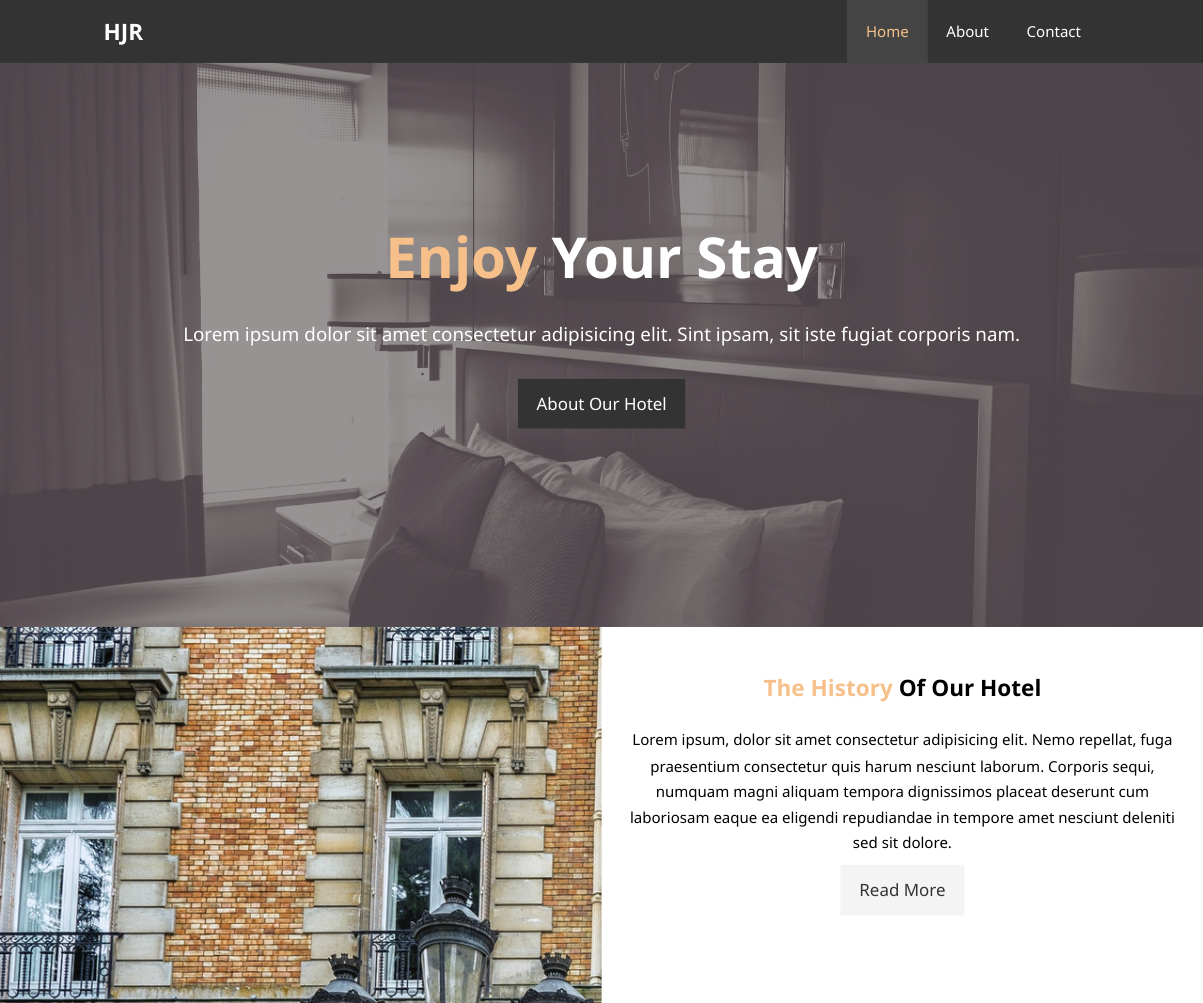
Repository: dimlutine/Hotel-Project
Page: index.html
The author's editor kept a copy of each file at every save. The page is drawn from the files as they stood at one save, then again after the next save.
The browser window is 1280 px wide. The pictures show the whole page, at 94% of full size.

Above is the page before, as saved 2019-07-05 22:16:24.

### index.html
<!DOCTYPE html>
<html lang="en">

<head>
    <meta charset="UTF-8">
    <meta name="viewport" content="width=device-width, initial-scale=1.0">
    <meta http-equiv="X-UA-Compatible" content="ie=edge">
    <meta name="description" content="Welcome to the neatest hotel in Durham, North Carolina!">
    <meta name="keywords" content="hotel,durham hotel, north carolina hotel, rdu hotel">
    <link rel="stylesheet" href="css/style.css">
    <title>Hotel JR | Durham Hotel</title>
</head>

<body>
    <header>
        <nav id="navbar">
            <div class="container">
                <h1 class="logo"><a href="index.html">HJR</a></h1>
                <ul>
                    <li><a class="current" href="index.html">Home</a></li>
                    <li><a href="about.html">About</a></li>
                    <li><a href="contact.html">Contact</a></li>
                </ul>
            </div>

        </nav>
        <div id="showcase">
            <div class="container">
                <div class="showcase-content">
                    <h1>
                        <span class="text-primary">Enjoy</span> Your Stay
                    </h1>
                    <p class="lead">Lorem ipsum dolor sit amet consectetur adipisicing elit. Sint ipsam, sit iste fugiat corporis nam.</p>
                    <a class="btn" href="about.html">About Our Hotel</a>
                </div>
            </div>
        </div>
    </header>

    <section id="home-info" class="bg-dark">
        <div class="info-img"></div>
        <div class="info-content">
            <h2><span class="text-primary">The History </span>Of Our Hotel</h2>
            <p>Lorem ipsum, dolor sit amet consectetur adipisicing elit. Nemo repellat, fuga praesentium consectetur quis harum nesciunt laborum. Corporis sequi, numquam magni aliquam tempora dignissimos placeat deserunt cum laboriosam eaque ea eligendi
                repudiandae in tempore amet nesciunt deleniti sed sit dolore.</p>
            <a href="about.html" class="btn btn-light">Read More</a>
        </div>
    </section>
</body>

</html>

### css/style.css
* {
    padding: 0;
    margin: 0;
    box-sizing: border-box;
}

html,
body {
    font-family: 'Segoe UI', 'Segoe UI', Tahoma, Geneva, Verdana, sans-serif;
    line-height: 1.7em;
}

a {
    color: #333;
    text-decoration: none;
}

h1,
h2,
h3 {
    padding-bottom: 20px;
}

p {
    margin: 10px 0;
}


/* Utilities */

.container {
    margin: auto;
    max-width: 1100px;
    overflow: auto;
    padding: 0 20px;
}

.text-primary {
    color: #f7c08a;
}

.lead {
    font-size: 20px;
}

.btn {
    display: inline-block;
    font-size: 18px;
    color: #fff;
    background: #333;
    padding: 13px 20px;
    border: none;
    cursor: pointer;
}

.btn:hover {
    background: #f7c08a;
    color: #333;
}

.btn-light {
    background: #f4f4f4;
    color: #333;
}

#navbar {
    background: #333;
    color: #fff;
    overflow: auto;
}

#navbar a {
    color: #fff;
}

#navbar h1 {
    float: left;
    padding-top: 20px;
}

#navbar ul {
    float: right;
    list-style: none;
}

#navbar ul li {
    float: left;
}

#navbar ul li a {
    display: block;
    padding: 20px;
    text-align: center;
}

#navbar ul li a:hover,
#navbar ul li a.current {
    background: #444;
    color: #f7c08a;
}


/* Showcase */

#showcase {
    background: url('../img/showcase.jpg') no-repeat center center/cover;
    height: 600px;
}

#showcase .showcase-content {
    color: #fff;
    text-align: center;
    padding-top: 170px;
}

#showcase .showcase-content h1 {
    font-size: 60px;
    line-height: 1.2em;
}

#showcase .showcase-content p {
    padding-bottom: 20px;
    line-height: 1.7em;
}


/* Home Info */

#home-info {
    height: 400px;
}

#home-info .info-img {
    float: left;
    width: 50%;
    background: url('../img/photo-1.jpg') no-repeat;
    min-height: 100%;
}

#home-info .info-content {
    float: right;
    width: 50%;
    height: 100%;
    text-align: center;
    padding: 50px 30px;
    overflow: hidden;
}

After the next save:
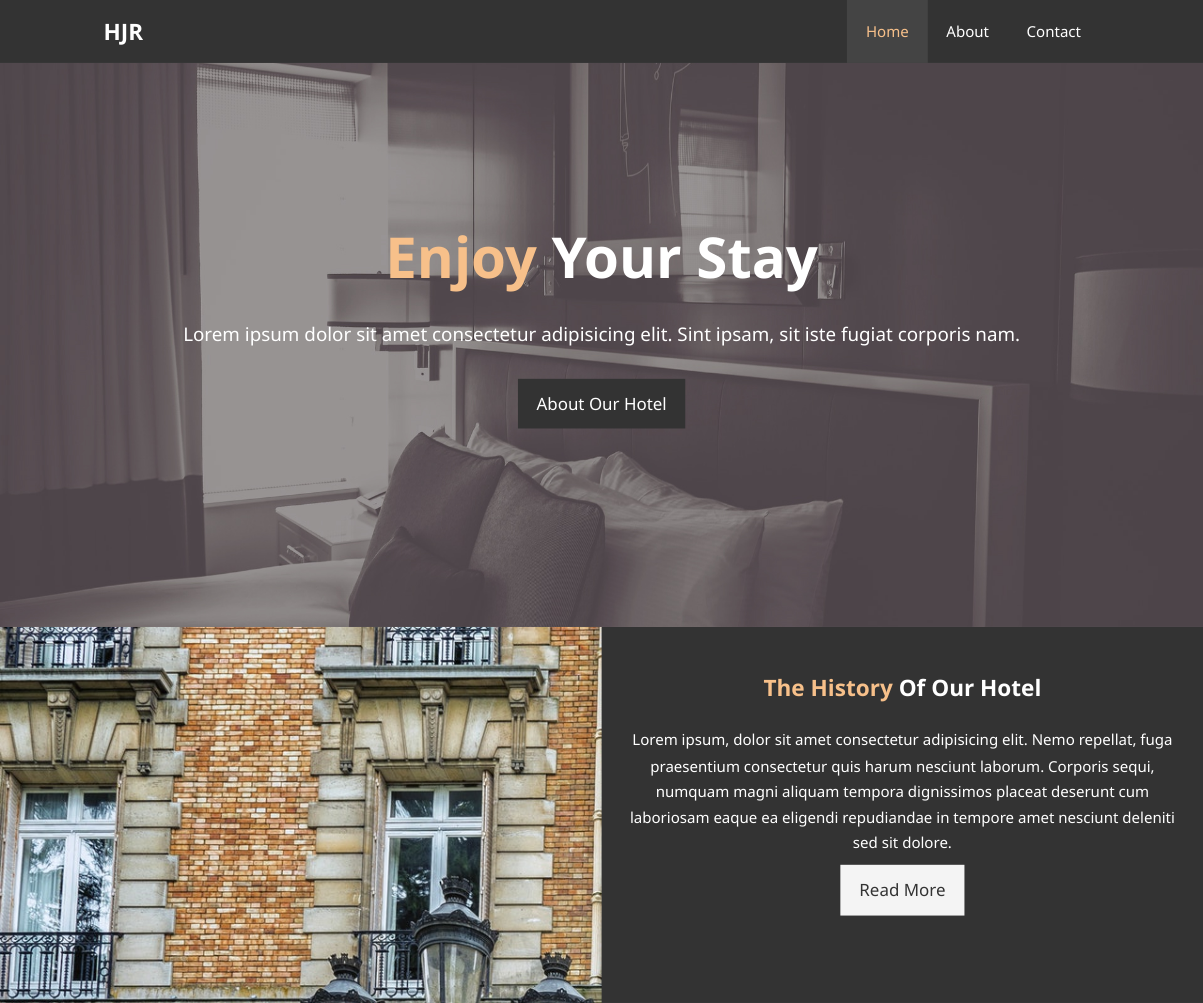
Saved 2 min 30 s later.
--- a/css/style.css
+++ b/css/style.css
@@ -61,6 +61,21 @@ p {
 .btn-light {
     background: #f4f4f4;
     color: #333;
+}
+
+.bg-dark {
+    background: #333;
+    color: #fff;
+}
+
+.bg-light {
+    background: #f4f4f4;
+    color: #333;
+}
+
+.bg-primary {
+    background: #333;
+    color: #f7c08a;
 }
 
 #navbar {
